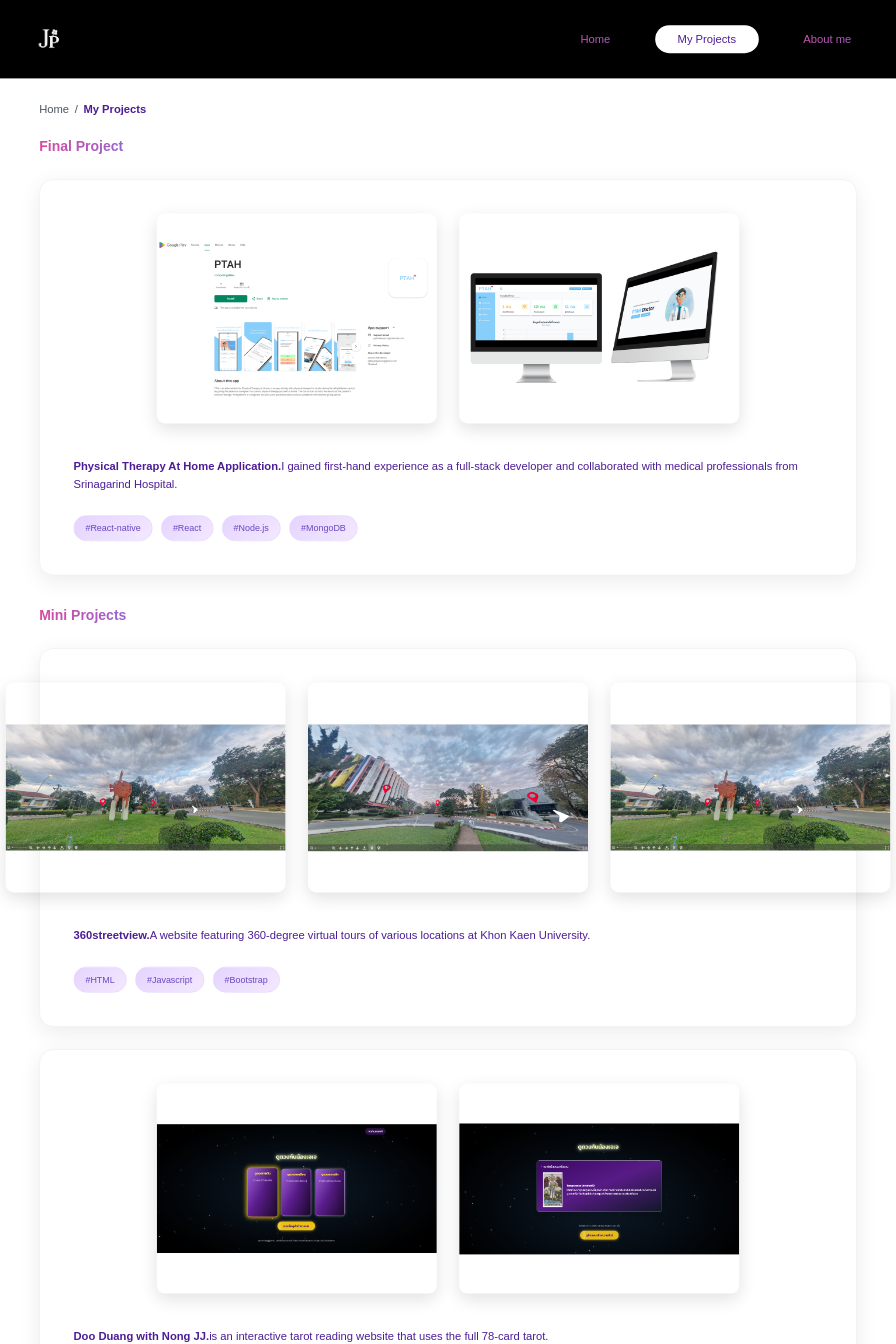
Repository: PattarasayaJJ/Portfolio-jjpatts
Page: /works
These files come from the project's save history. The page is drawn as it stood at one moment and after the next save; the edit follows.
The browser window is 1280 px wide. The pictures show the part of the page from y = 0 to 1920 px (the page is 4665 px tall), at 70% of full size.
The project was rebuilt for these pictures with package versions that can differ from the ones it lists, and the page was loaded fresh each time. Also part of the build but not shown: vite.config.js, vite.config.ts, src/header.css, src/hero.css, src/components/Hero.jsx, src/components/Aboutme.jsx.

Above is the page before, as saved 2025-08-03 23:02:29.

### index.html
<!doctype html>
<html lang="en">
  <head>
    <meta charset="UTF-8" />
    <link rel="icon" type="image/svg+xml" href="/JPtab.png" />
    <meta name="viewport" content="width=device-width, initial-scale=1.0" />
    <title>JJPatts Portfolio</title>
  </head>
  <body>
    <div id="root"></div>
    <script type="module" src="/src/index.jsx"></script>
  </body>
</html>

### src/index.css
@import 'tailwindcss/base';
@import 'tailwindcss/components';
@import 'tailwindcss/utilities';
@import url('https://fonts.googleapis.com/css2?family=Kanit:wght@400;700&display=swap');

*{
   font-family: 'Kanit', sans-serif;

}

### src/App.jsx
import React from 'react';
import { BrowserRouter as Router, Routes, Route } from 'react-router-dom';
import { Header } from './components/Header';
import { Hero } from './components/Hero';
import { Works } from './components/Works';
import { Aboutme } from './components/Aboutme' ;
import { Footer } from './components/Footer';
export function App() {
  return (
    <Router>
      <div className="w-full min-h-screen bg-white">
        <Header />
        <main className="w-full">
          <Routes>
            <Route path="/" element={<><Hero /> </>} />
            <Route path="/works" element={<><Works /></>}/>
            <Route path="/aboutme" element={<Aboutme />} />


          </Routes>
        </main>
        <Footer />

      </div>
    </Router>
  );
}

### src/components/Header.jsx
import React, { useState } from 'react';
import { Link, useLocation } from 'react-router-dom';
import { MenuIcon, XIcon } from 'lucide-react';
import '../header.css';

export function Header() {
  const [isMenuOpen, setIsMenuOpen] = useState(false);
  const location = useLocation();

  const isActive = (path) => location.pathname === path;

  return (
    <header className="w-full bg-black py-4 px-8 relative">
      <div className="max-w-7xl mx-auto flex justify-between items-center">
        <Link to="/">
          <div className="flex items-center">
            <img src="/JP.png" alt="logo" className="w-20" />
          </div>
        </Link>

        <nav className="hidden md:flex space-x-8">
          <Link
            to="/"
            className={`font-medium px-8 py-2 rounded-full ${
              isActive('/') ? 'bg-white text-purple-600' : 'gradient-text'
            }`}
            style={isActive('/') ? { color: '#4c1d95' } : {}}
          >
            Home
          </Link>
          <Link
            to="/works"
            className={`font-medium px-8 py-2 rounded-full ${
              isActive('/works') ? 'bg-white text-purple-600' : 'gradient-text'
            }`}
            style={isActive('/works') ? { color: '#4c1d95' } : {}}
          >
            My Projects
          </Link>
          <Link
            to="/aboutme"
            className={`font-medium px-8 py-2 rounded-full ${
              isActive('/aboutme') ? 'bg-white text-purple-600' : 'gradient-text'
            }`}
            style={isActive('/aboutme') ? { color: '#4c1d95' } : {}}
          >
            About me
          </Link>
        </nav>

        <button className="md:hidden text-white" onClick={() => setIsMenuOpen(!isMenuOpen)}>
          {isMenuOpen ? <XIcon size={24} /> : <MenuIcon size={24} />}
        </button>
      </div>

      <div
        className={`
          fixed top-0 right-0 w-64 h-full bg-black z-50 transform transition-transform duration-300 ease-in-out
          ${isMenuOpen ? 'translate-x-0' : 'translate-x-full'}
          md:hidden
        `}
      >
        <div className="p-6">
          <button className="text-white mb-8" onClick={() => setIsMenuOpen(false)}>
            <XIcon size={24} />
          </button>
          <nav className="flex flex-col space-y-6">
            <Link
              to="/"
              className={`font-medium px-6 py-2 rounded-full block text-center ${
                isActive('/') ? 'bg-white text-purple-600' : 'gradient-text'
              }`}
              style={isActive('/') ? { color: '#4c1d95' } : {}}
              onClick={() => setIsMenuOpen(false)}
            >
              Home
            </Link>
            <Link
              to="/works"
              className={`font-medium px-6 py-2 rounded-full block text-center ${
                isActive('/works') ? 'bg-white text-purple-600' : 'gradient-text'
              }`}
              style={isActive('/works') ? { color: '#4c1d95' } : {}}
              onClick={() => setIsMenuOpen(false)}
            >
              My Projects
            </Link>
            <Link
              to="/aboutme"
              className={`font-medium px-6 py-2 rounded-full block text-center ${
                isActive('/aboutme') ? 'bg-white text-purple-600' : 'gradient-text'
              }`}
              style={isActive('/aboutme') ? { color: '#4c1d95' } : {}}
              onClick={() => setIsMenuOpen(false)}
            >
              About me
            </Link>
          </nav>
        </div>
      </div>

      {isMenuOpen && (
        <div
          className="fixed inset-0 bg-black bg-opacity-50 z-40 md:hidden"
          onClick={() => setIsMenuOpen(false)}
        />
      )}
    </header>
  );
}

### src/components/Works.jsx
import '../work.css';

export function Works() {
  const Ptahskills = [
    { name: '#React-native', type: 'tool' },
    { name: '#React', type: 'tool' },
    { name: '#Node.js', type: 'tool' },
    { name: '#MongoDB', type: 'tool' },
  ];

  const stv = [
    { name: '#HTML', type: 'tool' },
    { name: '#Javascript', type: 'tool' },
    { name: '#Bootstrap', type: 'tool' },
  ];

  const tarot = [
    { name: '#React', type: 'tool' },
    { name: '#Tailwind', type: 'tool' },
  ];

  const kkuBusSkills = [
    { name: '#Figma', type: 'tool' },
  ];

  const ClassSkills = [
    { name: '#AdobeXD', type: 'tool' },
  ];

  const BakeySkills = [
    { name: '#Figma', type: 'tool' },
  ];

  const NineSkills = [
    { name: '#Power BI', type: 'tool' },
  ];

  return (
    <section className="projects-section">
      <nav className="breadcrumb">
        <a href="/" className="breadcrumb-link">
          Home
        </a>
        <span className="breadcrumb-separator">/</span>
        <span className="breadcrumb-current">My Projects</span>
      </nav>

      <div className="projects-container">
       <div className="final-project-text">
  <div className="project-title-container">
    <div className="project-title-text">Final Project</div>
  </div>
</div>

        <div className="project-card">
          <div className="project-images">
            <img
              src="/Ptah.png"
              alt="PTAH Mobile App"
              className="project-image"
            />
            <img
              src="/ptahdoctor.png"
              alt="PTAH Desktop App"
              className="project-image"
            />
          </div>

          <div className="project-content">
            <p className="project-name">
              <span className="highlight">Physical Therapy At Home Application.</span>
              I gained first-hand experience as a full-stack developer and collaborated with medical professionals from Srinagarind Hospital.
            </p>

            <div className="skills-list">
              {Ptahskills.map((skill, index) => (
                <span className="skill-tag" key={index}>
                  {skill.name}
                </span>
              ))}
            </div>
          </div>
        </div>

        <div className="final-project-text">
           <div className="project-title-container">
    <div className="project-title-text">Mini Projects</div>
  </div>
</div>

        {/* 360streetview Project */}
        <div className="project-card">
          <div className="project-images single">
             <img
              src="/tour.png"
              alt="360streetview"
              className="project-image"
            />
            <img
              src="/360.png"
              alt="360streetview"
              className="project-image"
            />
              <img
              src="/tour.png"
              alt="360streetview"
              className="project-image"
            />
          </div>

          <div className="project-content">
            <p className="project-name">
              <span className="highlight">360streetview.</span>
              A website featuring 360-degree virtual tours of various locations at Khon Kaen University.
            </p>

            <div className="skills-list">
              {stv.map((skill, index) => (
                <span className="skill-tag" key={index}>
                  {skill.name}
                </span>
              ))}
            </div>
          </div>
        </div>

        {/* Tarot Project */}
        <div className="project-card">
          <div className="project-images single">
            <img
              src="/tarot.png"
              alt="Tarot Reading"
              className="project-image"
            />
             <img
              src="/tarot2.png"
              alt="Tarot Reading"
              className="project-image"
            />
          </div>

          <div className="project-content">
            <p className="project-name">
              <span className="highlight">Doo Duang with Nong JJ.</span>
              is an interactive tarot reading website that uses the full 78-card tarot.
            </p>

            <div className="skills-list">
              {tarot.map((skill, index) => (
                <span className="skill-tag" key={index}>
                  {skill.name}
                </span>
              ))}
            </div>
          </div>
        </div>

        {/* KKU Bus Project */}
        <div className="project-card">
          <div className="project-images">
            <img
              src="/KKUbus.png"
              alt="KKU Bus App"
              className="project-image"
            />
            <img
              src="/storykkubus.jpeg"
              alt="KKU Bus Story"
              className="project-image"
            />
          </div>

          <div className="project-content">
            <p className="project-name">
              <span className="highlight">KKU Shuttle Bus.</span>
              This was my first mini project, starting with user research and continuing through to design, following various principles and guidelines. The main focus was to ensure that users could use the product without a steep learning curve. In this project, I conducted A/B testing, usability testing, and applied other UX/UI principles as well.
            </p>

            <div className="skills-list">
              {kkuBusSkills.map((skill, index) => (
                <span className="skill-tag" key={index}>
                  {skill.name}
                </span>
              ))}
            </div>
          </div>
        </div>

        {/* Class Cafe Project */}
        <div className="project-card">
          <div className="project-images single">
            <img
              src="/classfull.png"
              alt="Class Cafe"
              className="project-image"
            />
          </div>

          <div className="project-content">
            <p className="project-name">
              <span className="highlight">Class Cafe.</span>
              This project had a clear business objective: How can we increase this store's sales? I started by gathering customer insights and business metrics, then brainstormed revenue‑driving features before moving on to the design phase.
            </p>

            <div className="skills-list">
              {ClassSkills.map((skill, index) => (
                <span className="skill-tag" key={index}>
                  {skill.name}
                </span>
              ))}
            </div>
          </div>
        </div>

        {/* Bakery Shop Project */}
        <div className="project-card">
          <div className="project-images single">
            <img
              src="/bakery.png"
              alt="Bakery Shop"
              className="project-image"
            />
          </div>

          <div className="project-content">
            <p className="project-name">
              <span className="highlight">Bakery Shop.</span>
              The Bakey Shop application was created as a teaching tool for first-year students, with the purpose of introducing and providing practice in using Figma.
            </p>

            <div className="skills-list">
              {BakeySkills.map((skill, index) => (
                <span className="skill-tag" key={index}>
                  {skill.name}
                </span>
              ))}
            </div>
          </div>
        </div>

        {/* 9Diamond Project */}
        <div className="project-card">
          <div className="project-images single">
            <img
              src="/9Diamond.png"
              alt="9Diamond"
              className="project-image"
            />
          </div>

          <div className="project-content">
            <p className="project-name">
              <span className="highlight">9Diamond.</span>
              I reached out to the store to get its sales data, which we analyzed to come up with a suitable promotion.
            </p>

            <div className="skills-list">
              {NineSkills.map((skill, index) => (
                <span className="skill-tag" key={index}>
                  {skill.name}
                </span>
              ))}
            </div>
          </div>
        </div>
      </div>
    </section>
  );
}

### src/components/Footer.jsx
import React from 'react';

export function Footer() {
  return (
    <footer className="w-full bg-black text-white py-8 px-8">
  <div className="max-w-7xl mx-auto flex flex-col md:flex-row justify-between items-center space-y-6 md:space-y-0">

        <div className="text-center md:text-left gradient-text ">
          <h2 className="text-lg font-semibold">Contact Me</h2>
          <p className="text-sm mt-2">Email: jj.pattarasaya@gmail.com</p>
          <p className="text-sm">Phone: 099-209-5588</p>
          <p className="text-sm">Khon Kaen 40000, Thailand</p>

        </div>

        <div className="flex space-x-4 ">
        <a href="https://github.com/PattarasayaJJ" target="_blank" rel="noopener noreferrer">
        <img src="https://github.githubassets.com/favicons/favicon.png" alt="GitHub" />

  </a>

        </div>
      </div>

      <div className="text-center text-xs text-gray-400 mt-6 ">
        © {new Date().getFullYear()} JJPatts. All rights reserved.
      </div>
    </footer>
  );
}

### src/work.css
.projects-section {
  width: 100%;
  max-width: 1200px;
  margin: 0 auto;
  padding: 2rem 1rem;
  background-color: #ffffff;
}

.projects-container {
  max-width: 80rem;
  margin: 0 auto;
  display: flex;
  flex-direction: column;
  gap: 2rem;
}

.breadcrumb {
  margin-bottom: 2rem;
  font-size: 0.9rem;
  color: #666;
}

.breadcrumb-link {
  color: #666;
  text-decoration: none;
}

.breadcrumb-link:hover {
  color: #333;
}

.breadcrumb-separator {
  margin: 0 0.5rem;
}

.breadcrumb-current {
  color: #333;
  font-weight: 500;
}

.project-title-text {
  margin-top: 10px;
  background: linear-gradient(135deg, #DD489B, #9067D3);
  -webkit-background-clip: text;
  -webkit-text-fill-color: transparent;
  background-clip: text;
  display: inline-block;
  font-size: 1.25rem;
  font-weight: bold;
}

/* Project Card */
.project-card {
  background: #ffffff;
  border-radius: 20px;
  padding: 3rem;
  box-shadow: 0 8px 32px rgba(0, 0, 0, 0.08);
  border: 1px solid #f0f0f0;
  display: flex;
  flex-direction: column;
  gap: 2rem;
}

/* Project Images */
.project-images {
  display: flex;
  justify-content: center;
  gap: 2rem;
  margin-bottom: 1rem;
}

.project-images.single {
  justify-content: center;
}

/* Updated: Uniform image sizing */
.project-image {
  width: 400px;
  height: 300px;
  object-fit: contain;
  border-radius: 12px;
  box-shadow: 0 8px 24px rgba(0, 0, 0, 0.12);
  transition: transform 0.3s ease, box-shadow 0.3s ease;
}

.project-image:hover {
  transform: translateY(-4px);
  box-shadow: 0 12px 32px rgba(0, 0, 0, 0.16);
}

/* Project Content */
.project-content {
  display: flex;
  flex-direction: column;
  gap: 1rem;
}

.project-name {
  font-size: 1rem;
  line-height: 1.6;
  color: #4c1d95;
  margin: 0;
  text-align: left;
  width: 100%;
}

.highlight {
  font-weight: 700;
  color: #4c1d95;
}

/* Skills List */
.skills-list {
  display: flex;
  flex-wrap: wrap;
  gap: 0.75rem;
  margin-top: 1rem;
}

.skill-tag {
  background: linear-gradient(135deg, #e5d4ff, #f3e8ff);
  color: #6b46c1;
  padding: 0.5rem 1rem;
  border-radius: 20px;
  font-size: 0.875rem;
  font-weight: 500;
  border: 1px solid #e5d4ff;
  transition: all 0.3s ease;
}

.skill-tag:hover {
  background: linear-gradient(135deg, #ddd6fe, #e5d4ff);
  transform: translateY(-2px);
  box-shadow: 0 4px 12px rgba(107, 70, 193, 0.2);
}

/* Responsive Design */
@media (max-width: 1024px) {
  .project-images {
    gap: 1.5rem;
  }

  .project-image {
    width: 350px;
    height: 250px;
    object-fit: contain;
  }
}

@media (max-width: 768px) {
  .projects-section {
    padding: 1.5rem 1rem;
  }

  .project-card {
    padding: 2rem 1.5rem;
  }

  .project-images {
    flex-direction: column;
    align-items: center;
    gap: 1.5rem;
  }

  .project-image {
    width: 100%;
    max-width: 400px;
    height: 250px;
    object-fit: contain;
  }

  .project-title {
    font-size: 1.5rem;
  }

  .project-name {
    font-size: 1.1rem;
    text-align: left;
  }

  .skills-list {
    justify-content: flex-start;
  }
}

@media (max-width: 480px) {
  .project-card {
    padding: 1.5rem 1rem;
  }

  .project-name {
    font-size: 1rem;
  }

  .skill-tag {
    font-size: 0.75rem;
    padding: 0.4rem 0.8rem;
  }

  .project-image {
    width: 100%;
    max-width: 350px;
    height: 200px;
    object-fit: contain;
  }
}

### src/aboutme.css
.about-container {
  max-width: 1200px;
  margin: 0 auto;
  padding: 2rem 1rem;
  background-color: #ffffff;
}

.breadcrumb {
  margin-bottom: 1rem;
  font-size: 1rem;
  color: #4B5563;
  display: flex;
  align-items: center;
}

.breadcrumb-link {
  color: #4B5563;
  text-decoration: none;
}

.breadcrumb-link:hover {
  text-decoration: underline;
}


.breadcrumb-separator {
  margin: 0 0.5rem;
}

.breadcrumb-current {
  font-weight: bold;
  color: #4c1d95;
}

.about-content {
  display: grid;
  grid-template-columns: 1fr 2fr;
  gap: 3rem;
  align-items: start;
}

.profile-section {
  display: flex;
  flex-direction: column;
  gap: 2rem;
}

.profile-card {
  background: #ffffff;
  border-radius: 20px;
  padding: 1rem;
  box-shadow: 0 8px 32px rgba(0, 0, 0, 0.08);
  border: 1px solid #f0f0f0;
  text-align: center;
}

.avatar-container {
  display: flex;
  flex-direction: column;
  align-items: center;
}

.avatar-wrapper {
  width: 200px;
  height: 200px;
  transition: transform 0.3s ease;
}

.avatar-wrapper:hover {
  transform: scale(1.05);
}

.avatar-img {
  width: 100%;
  height: 100%;
  object-fit: contain;
}

.profile-name {
  font-size: 1.5rem;
  color: #4c1d95;
  margin: 0;
}

.profile-title {
  font-size: 1rem;
  color: #6b46c1;
  margin: 0;
}

.email {
  font-size: 1rem;
  color: #6b7280;
  margin-bottom: 10px;
}

.social-icons {
  display: flex;
  justify-content: center;
  gap: 1rem;
}

.social-link {
  display: flex;
  align-items: center;
  justify-content: center;
  width: 40px;
  height: 40px;
  box-shadow: 0 8px 32px rgba(0, 0, 0, 0.08);
  border-radius: 50%;
  transition: all 0.3s ease;
}

.social-link:hover {
  transform: translateY(-2px);
  box-shadow: 0 4px 12px rgba(107, 70, 193, 0.3);
}

.social-icons img {
  width: 20px;
  height: 20px;
}

.education-card {
  background: #ffffff;
  border-radius: 20px;
  padding: 2rem;
  box-shadow: 0 8px 32px rgba(0, 0, 0, 0.08);
  border: 1px solid #f0f0f0;
}

.education-content {
  margin-top: 1rem;
}

.degree {
  font-size: 1rem;
  color: #4c1d95;
  margin: 0 0 0.5rem 0;
}

.university {
  font-size: 1rem;
  color: #4c1d95;
  margin: 0 0 0.25rem 0;
}

.graduation {
  font-size: 0.9rem;
  color: #6b7280;
  margin: 0;
}

.skills-section {
  display: flex;
  flex-direction: column;
}

.skills-grid {
  display: grid;
  grid-template-columns: 1fr;
  gap: 2rem;
}

.skill-category {
  background: #ffffff;
  border-radius: 20px;
  padding: 2rem;
  box-shadow: 0 8px 32px rgba(0, 0, 0, 0.08);
  border: 1px solid #f0f0f0;
  border-left: 5px solid #ffdff3;
}

.section-title,
.category-title {
  font-size: 1rem;
  margin: 0 0 1.5rem 0;
  display: flex;
  align-items: center;
}

.gradient-text {
  background: linear-gradient(135deg, #DD489B, #9067D3);
  -webkit-background-clip: text;
  -webkit-text-fill-color: transparent;
  background-clip: text;
}

.skills-list {
  display: flex;
  flex-wrap: wrap;
  gap: 0.75rem;
}

.skill-tag {
  background: linear-gradient(135deg, #e5d4ff, #f3e8ff);
  color: #6b46c1;
  padding: 0.5rem 1rem;
  border-radius: 20px;
  font-size: 0.8rem;
  border: 1px solid #e5d4ff;
  transition: all 0.3s ease;
  cursor: default;
}

.skill-tag:hover {
  background: linear-gradient(135deg, #ddd6fe, #e5d4ff);
  transform: translateY(-2px);
  box-shadow: 0 4px 12px rgba(107, 70, 193, 0.2);
}

@media (max-width: 1024px) {
  .about-content {
    grid-template-columns: 1fr;
    gap: 2rem;
  }

  .skills-grid {
    grid-template-columns: repeat(2, 1fr);
  }
}

@media (max-width: 768px) {
  .about-container {
    padding: 1.5rem 1rem;
  }

  .about-content {
    gap: 1.5rem;
  }

  .skills-grid {
    grid-template-columns: 1fr;
    gap: 1.5rem;
  }

  .profile-card,
  .education-card,
  .skill-category {
    padding: 1.5rem;
  }

  .avatar-wrapper {
    width: 150px;
    height: 150px;
  }

  .profile-name {
    font-size: 1.25rem;
  }

  .profile-title {
    font-size: 0.9rem;
  }

  .section-title,
  .category-title {
    font-size: 1.1rem;
  }

  .skill-tag {
    font-size: 0.8rem;
    padding: 0.4rem 0.8rem;
  }
}

@media (max-width: 480px) {

  .profile-card,
  .education-card,
  .skill-category {
    padding: 1.25rem;
  }

  .avatar-wrapper {
    width: 120px;
    height: 120px;
  }

  .profile-name {
    font-size: 1rem;
  }

  .skills-list {
    gap: 0.5rem;
  }

  .skill-tag {
    font-size: 0.75rem;
    padding: 0.35rem 0.7rem;
  }
}

Loaded but not shown: src/index.jsx (common file); tailwind.config.js (common file)

After the next save:
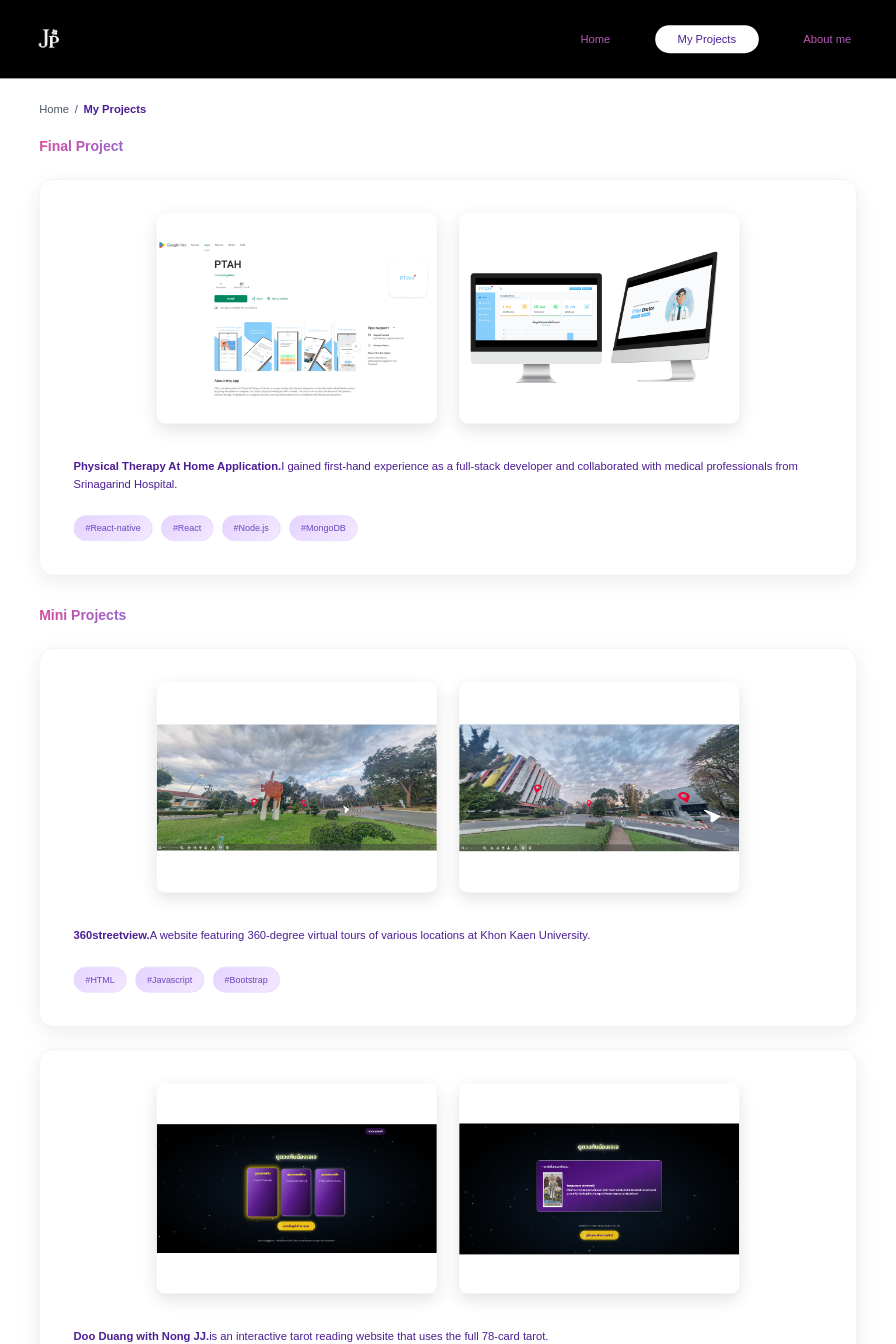
Saved 7 s later.
--- a/src/components/Works.jsx
+++ b/src/components/Works.jsx
@@ -101,11 +101,7 @@ export function Works() {
               alt="360streetview"
               className="project-image"
             />
-              <img
-              src="/tour.png"
-              alt="360streetview"
-              className="project-image"
-            />
+
           </div>
 
           <div className="project-content">
